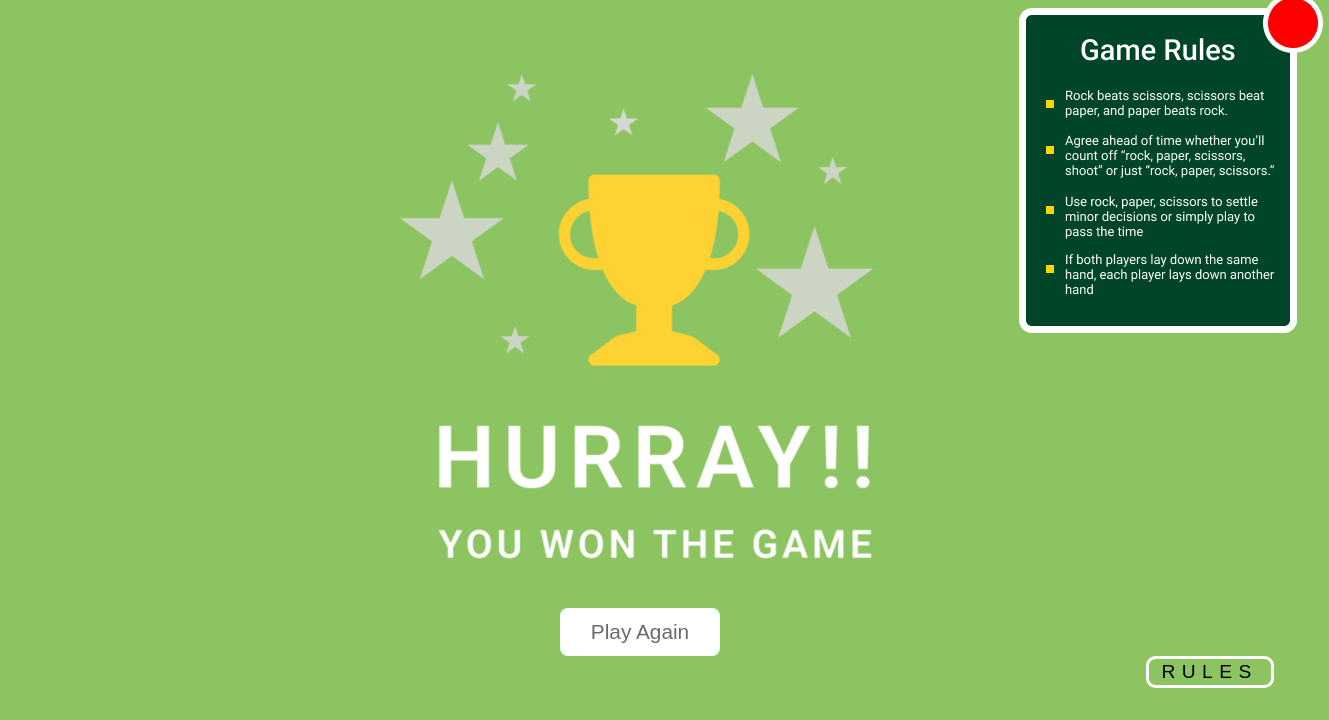
Repository: drumsmanku/Major-module-project-1
Page: hurray.html
These files come from the project's save history. The page is drawn as it stood at one moment and after the next save; the edit follows.
The browser window is 1280 px wide. The page is 1329 px wide, then 1280 px, so the pictures cover 1329 px, including what lies to the right of the window. The pictures show the whole page.

Above is the page before, as saved 2023-05-01 00:11:23.

### hurray.html
<!DOCTYPE html>
<html lang="en">
<head>
  <meta charset="UTF-8">
  <meta http-equiv="X-UA-Compatible" content="IE=edge">
  <meta name="viewport" content="width=device-width, initial-scale=1.0">
  <title>Won</title>
  <style>
    body{
      background-color: #8CC461;
      position: relative;
    }
    .container{
      display: flex;
      flex-direction: column;
      align-items: center;
      justify-content: center;
    }
    .container img{
      width: 70vh;
      margin-bottom: 3rem;
      margin-top: 3rem;
    }
    .play-again{
      background-color: white;
      border: none;
      color: #6B6B6B;
      width: 10rem;
      height: 3rem;
      font-size: 1.3rem;
      border-radius: 0.5rem;
      cursor: pointer;
    }
    #rule-btn{
      background: none;
      border: 3px solid white;
      border-radius: 0.6rem;
      height: 2rem;
      width: 8rem;
      font-size:1.2rem;
      letter-spacing: 0.4rem;
      cursor: pointer;
      z-index: 999;
      position: absolute;
      left: 90%;
      /* bottom: -5rem; */
    }
    .second-second-main-container{
      position: absolute;
      top: 0;
      left: 80%;
    }
    .img-container{
      position: relative;
    }
    #my-btn{
      background: none;
      border: none;
      position: absolute;
      top: -1rem;
      right: -2rem;
    }

  </style>
</head>
<body>
  <div class="container">
    <img src="hurray.png" alt="">
    <button id="play-again" class="play-again" onclick="location.href='index.html'">Play Again</button>
  </div>
  <div class="second-second-main-container">
    <div class="img-container">
      <img id="rules-img" src="4.png" alt="">
      <button id="my-btn">
        <img src="x.png" alt="">
      </button>
    </div>
  </div>
  <button id="rule-btn">RULES</button>
</body>
</html>

After the next save:
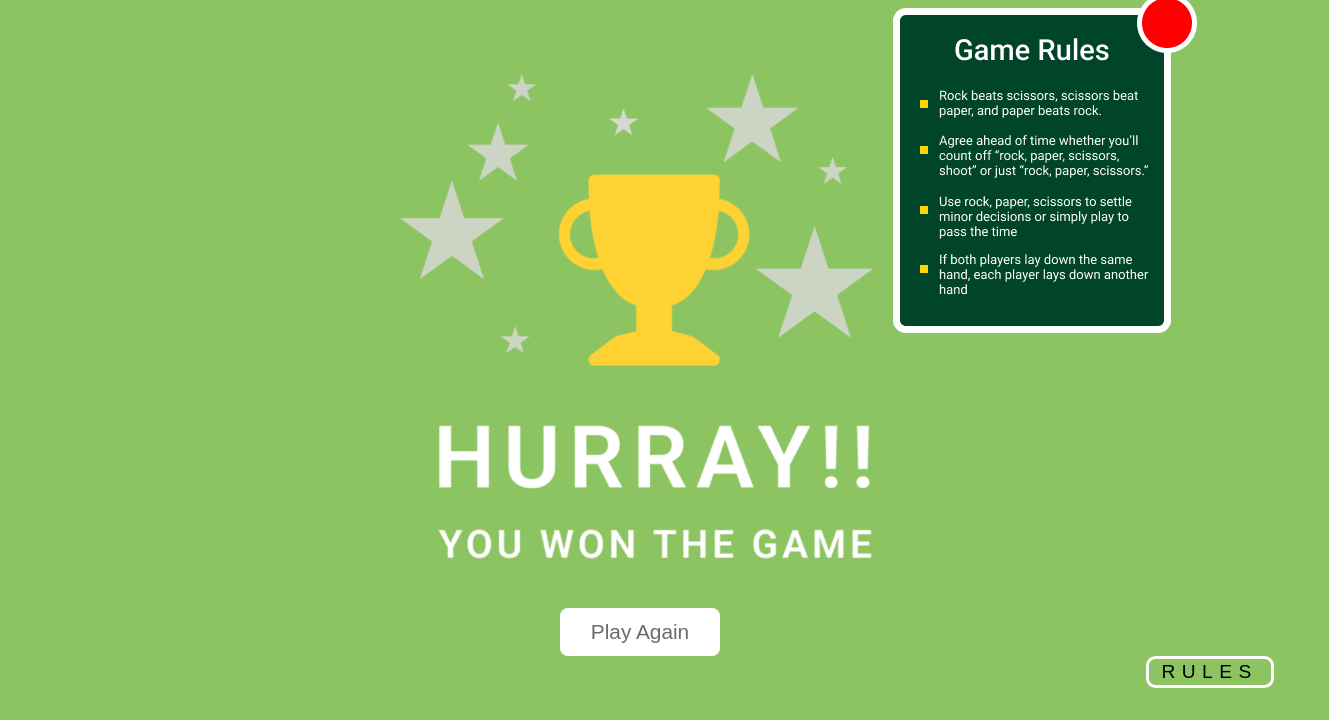
Saved 20 s later.
--- a/hurray.html
+++ b/hurray.html
@@ -48,7 +48,7 @@
     .second-second-main-container{
       position: absolute;
       top: 0;
-      left: 80%;
+      left: 70%;
     }
     .img-container{
       position: relative;
